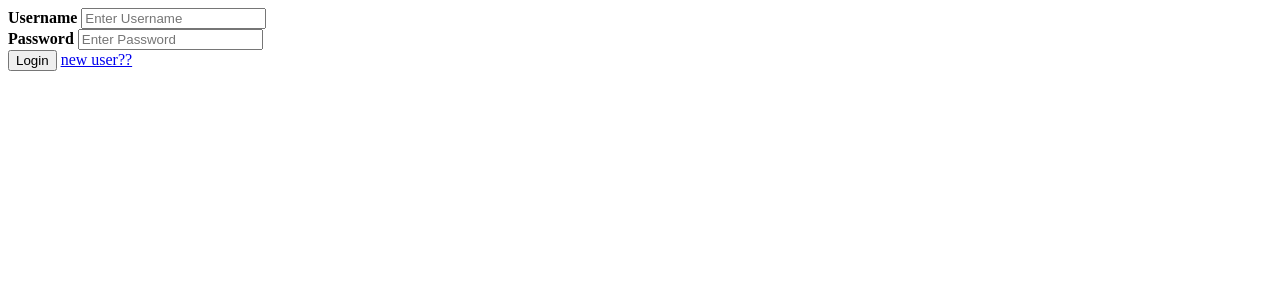
Repository: mugdha97/JSPServlet
Page: http://localhost/com.bridgelabz.loginRegister/login.jsp
These files come from the project's save history. The page is drawn as it stood at one moment and after the next save; the edit follows.
The browser window is 1280 px wide. The pictures show the whole page.
The page is served by Tomcat 9.

Above is the page before, as saved 2019-10-19 04:48:16.

After the next save:
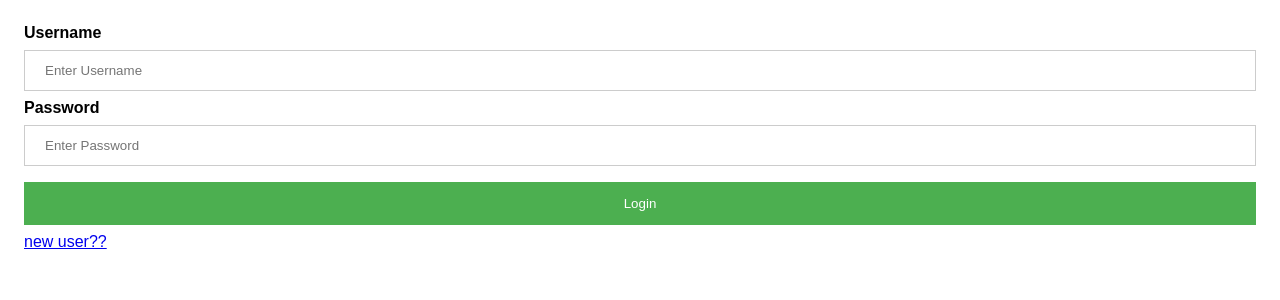
Saved 3 min 7 s later.
--- a/com.bridgelabz.loginRegister/WebContent/login.jsp
+++ b/com.bridgelabz.loginRegister/WebContent/login.jsp
@@ -5,6 +5,7 @@
 <head>
 <meta charset="UTF-8">
 <title>Insert title here</title>
+<link rel="stylesheet" href="login.css">
 </head>
 <body>
 <form action="login" method="post">
